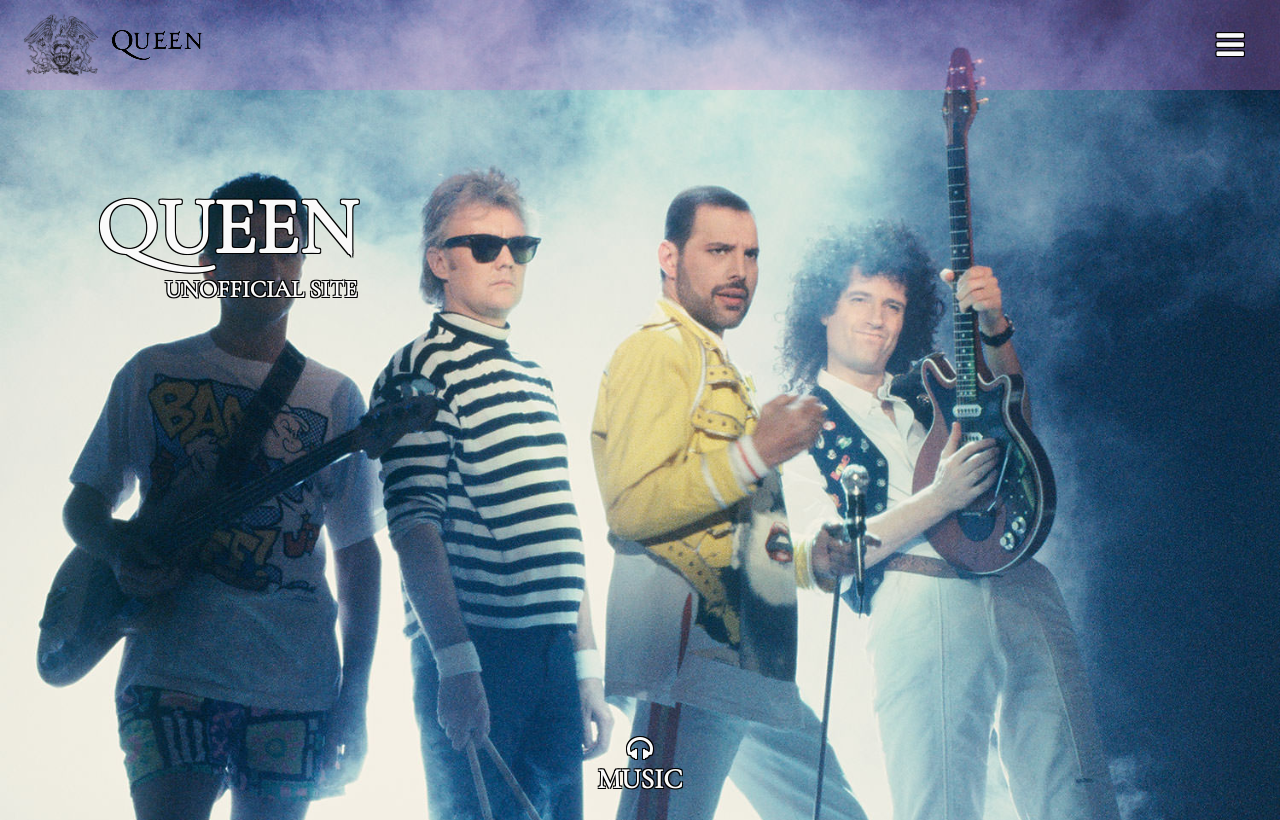
Repository: Olan1/Queen---The-Unofficial-Site
Page: music.html
The author's editor kept a record of every edit. The page is drawn from the files as they stood at one moment, then again after the next edit.
The browser window is 1280 px wide. The pictures show the part of the page from y = 0 to 820 px (the page is 1977 px tall).
Pictures or frames that could not be fetched are drawn as grey boxes. Backgrounds fixed to the window are drawn as part of the page.

Above is the page before.

### music.html
<!DOCTYPE html>
<html lang="en">

<head>
    <meta charset="UTF-8">
    <meta name="viewport" content="width=device-width, initial-scale=1.0">
    <meta http-equiv="X-UA-Compatible" content="ie=edge">
    <link rel="stylesheet" href="https://stackpath.bootstrapcdn.com/bootstrap/4.3.1/css/bootstrap.min.css">
    <link rel="stylesheet" href="https://stackpath.bootstrapcdn.com/font-awesome/4.7.0/css/font-awesome.min.css">
    <link rel="stylesheet" href="assets/css/style.css">
    <link rel="shortcut icon" href="assets/images/head/Q.png">
    <!--Source: https://stackoverflow.com/questions/10691021/how-to-insert-logo-with-the-title-of-a-html-page-->
    <title>Music</title>
</head>

<body class="music-container">
    <!--Header-->
    <div id="home" class="container-fluid text-outline">
        <nav class="navbar navbar-light nav-bg-color fixed-top">

            <a href="index.html" class="navbar-brand" data-toggle="tooltip" title="Home">
                <img class="img-fluid" src="assets/images/header/queen-coat-of-arms.png">
                <img class="img-fluid d-none d-sm-inline-block" src="assets/images/header/queen-logo.png">
            </a>

            <button class="navbar-toggler ml-auto mr-2 text-outline" type="button" data-toggle="collapse" data-target="#navbarNavDropdown" aria-controls="navbarNavDropdown" aria-expanded="false" aria-label="Toggle navigation">
                <i class="fa fa-bars"></i>
            </button>

            <div class="collapse navbar-collapse justify-content-end" id="navbarNavDropdown">

                <ul class="navbar-nav mr-2">
                    <li class="nav-item "><a href="index.html" class="nav-link">Home</a></li>

                    <li class="nav-item "><a href="members.html" class="nav-link">Members</a></li>

                    <li class="nav-item"><a href="gallery.html" class="nav-link">Gallery</a></li>

                    <li class="nav-item"><a href="music.html" class="nav-link">Music</a></li>

                    <li class="nav-item"><a href="film.html" class="nav-link">Film</a></li>

                    <li class="nav-item"><a href="store.html" class="nav-link">Store</a></li>

                    <li class="nav-item"><a href="sign-up.html" class="nav-link">Sign Up</a></li>
                </ul>
            </div>
        </nav>

        <div class="heading">
            <h1 class="uppercase">Queen</h1>
            <h2 class="uppercase">Unofficial Site</h2>
        </div>
    </div>
    <!-- /.Header -->

    <!--Music Section-->
    <section id="music" class="container-fluid">
        <h3 class="uppercase text-outline"><i class="fa fa-headphones"></i>Music</h3>
        <div class="container pb-2">
            <div class="row">
                <div class="col col-sm-6 col-lg-4 mt-2">
                    <iframe src="https://open.spotify.com/embed/track/5vdp5UmvTsnMEMESIF2Ym7" width="300" height="380" frameborder="0" allowtransparency="true" allow="encrypted-media"></iframe>
                </div>
                <div class="col col-sm-6 col-lg-4 mt-2">
                    <iframe src="https://open.spotify.com/embed/track/2fuCquhmrzHpu5xcA1ci9x" width="300" height="380" frameborder="0" allowtransparency="true" allow="encrypted-media"></iframe>
                </div>
                <div class="col col-sm-6 col-lg-4 mt-2">
                    <iframe src="https://open.spotify.com/embed/track/5txoZyuAmtCfmDjUCEphWm" width="300" height="380" frameborder="0" allowtransparency="true" allow="encrypted-media"></iframe>
                </div>
                <div class="col col-sm-6 col-lg-4 mt-2">
                    <iframe src="https://open.spotify.com/embed/track/3Dpyn5Cu7BdURzo2ov4dku" width="300" height="380" frameborder="0" allowtransparency="true" allow="encrypted-media"></iframe>
                </div>
                <div class="col col-sm-6 col-lg-4 mt-2">
                    <iframe src="https://open.spotify.com/embed/track/5RYLa5P4qweEAKq5U1gdcK" width="300" height="380" frameborder="0" allowtransparency="true" allow="encrypted-media"></iframe>
                </div>
                <div class="col col-sm-6 col-lg-4 mt-2">
                    <iframe src="https://open.spotify.com/embed/track/3Z4poAx8XqlR2xm7eFwQ37" width="300" height="380" frameborder="0" allowtransparency="true" allow="encrypted-media"></iframe>
                </div>
            </div>
        </div>

    </section>
    <!-- /.Music Section-->

    <!--Footer-->
    <footer id="footer" class="container-fluid footer-container">
        <div class="row pt-5">
            <!--Form-->
            <div class="col-sm-4 align-center pb-2 text-outline">
                <h5 class="uppercase text-white pb-4">Get Queen Updates</h5>
                <form class="form-sm justify-content-center inline-block">
                    <div class="form-group">
                        <input type="email" class="form-control form-control-sm" id="emailUpdates" aria-describedby="emailHelp" placeholder="Email">
                    </div>
                    <button type="submit" class="btn my-btn text-outline">Submit</button>
                </form>
                <hr class="divider d-sm-none">
            </div>

            <!--Logo-->
            <div class="col-sm-4 align-center pb-2">
                <a href="#home" data-toggle="tooltip" title="Top">
                    <img class="img-fluid footer-logo" src="assets/images/footer/queen-full-logo.png" alt="image unavailable">
                </a>
                <hr class="divider d-sm-none">
            </div>

            <!--Social-->
            <div class="col-sm-4  align-center pb-2 text-outline">
                <h5 class="uppercase text-white pb-4">Social</h5>
                <ul class="list-inline social-links">
                    <li class="list-inline-item ">
                        <a href="https://www.facebook.com/Queen/" target="_blank">
                            <i class="fa fa-facebook"></i>
                            <span class="sr-only">Facebook</span>
                        </a>
                    </li>
                    <li class="list-inline-item">
                        <a href="https://twitter.com/QueenWillRock?ref_src=twsrc%5Egoogle%7Ctwcamp%5Eserp%7Ctwgr%5Eauthor" target="_blank">
                            <i class="fa fa-twitter"></i>
                            <span class="sr-only">Twitter</span>
                        </a>
                    </li>
                    <li class="list-inline-item">
                        <a href="https://www.instagram.com/officialqueenmusic/" target="_blank">
                            <i class="fa fa-instagram"></i>
                            <span class="sr-only">Instagram</span>
                        </a>
                    </li>
                </ul>
                <ul class="list-inline social-links">
                    <li class="list-inline-item">
                        <a href="https://www.youtube.com/user/queenofficial/videos?app=desktop" target="_blank">
                            <i class="fa fa-youtube-play"></i>
                            <span class="sr-only">YouTube</span>
                        </a>
                    </li>
                    <li class="list-inline-item">
                        <a href="https://music.apple.com/us/artist/queen/3296287" target="_blank">
                            <i class="fa fa-apple"></i>
                            <span class="sr-only">Apple Music</span>
                        </a>
                    </li>
                    <li class="list-inline-item">
                        <a href="https://open.spotify.com/artist/1dfeR4HaWDbWqFHLkxsg1d" target="_blank">
                            <i class="fa fa-spotify"></i>
                            <span class="sr-only">Spotify</span>
                        </a>
                    </li>
                </ul>
                <hr class="divider d-sm-none">
            </div>

            <div class="col align-center">
                <hr class="d-none d-sm-block divider">
                <p class="text-muted"><i class="fa fa-copyright"></i> 2019 Queen</p>
            </div>
        </div>
    </footer>
    <!-- /.Footer-->

    <script src="https://code.jquery.com/jquery-3.3.1.slim.min.js" integrity="sha384-q8i/X+965DzO0rT7abK41JStQIAqVgRVzpbzo5smXKp4YfRvH+8abtTE1Pi6jizo" crossorigin="anonymous"></script>
    <script src="https://cdnjs.cloudflare.com/ajax/libs/popper.js/1.14.7/umd/popper.min.js" integrity="sha384-UO2eT0CpHqdSJQ6hJty5KVphtPhzWj9WO1clHTMGa3JDZwrnQq4sF86dIHNDz0W1" crossorigin="anonymous"></script>
    <script src="https://stackpath.bootstrapcdn.com/bootstrap/4.3.1/js/bootstrap.min.js" integrity="sha384-JjSmVgyd0p3pXB1rRibZUAYoIIy6OrQ6VrjIEaFf/nJGzIxFDsf4x0xIM+B07jRM" crossorigin="anonymous"></script>
</body>

</html>

Loaded but not shown: assets/css/style.css (847 lines, source omitted)

After the next edit:
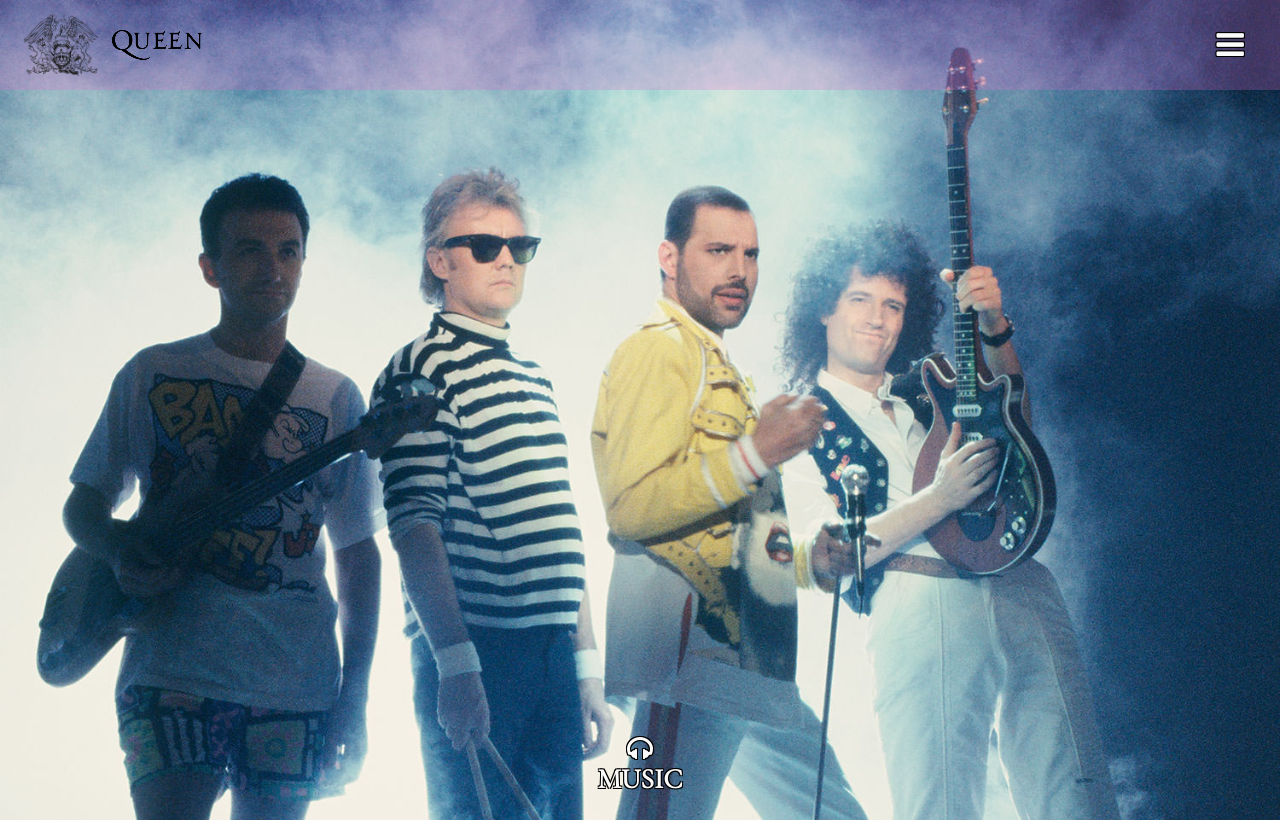
The edit:
--- a/music.html
+++ b/music.html
@@ -46,12 +46,7 @@
                 </ul>
             </div>
         </nav>
-
-        <div class="heading">
-            <h1 class="uppercase">Queen</h1>
-            <h2 class="uppercase">Unofficial Site</h2>
-        </div>
-    </div>
+    </section>
     <!-- /.Header -->
 
     <!--Music Section-->
